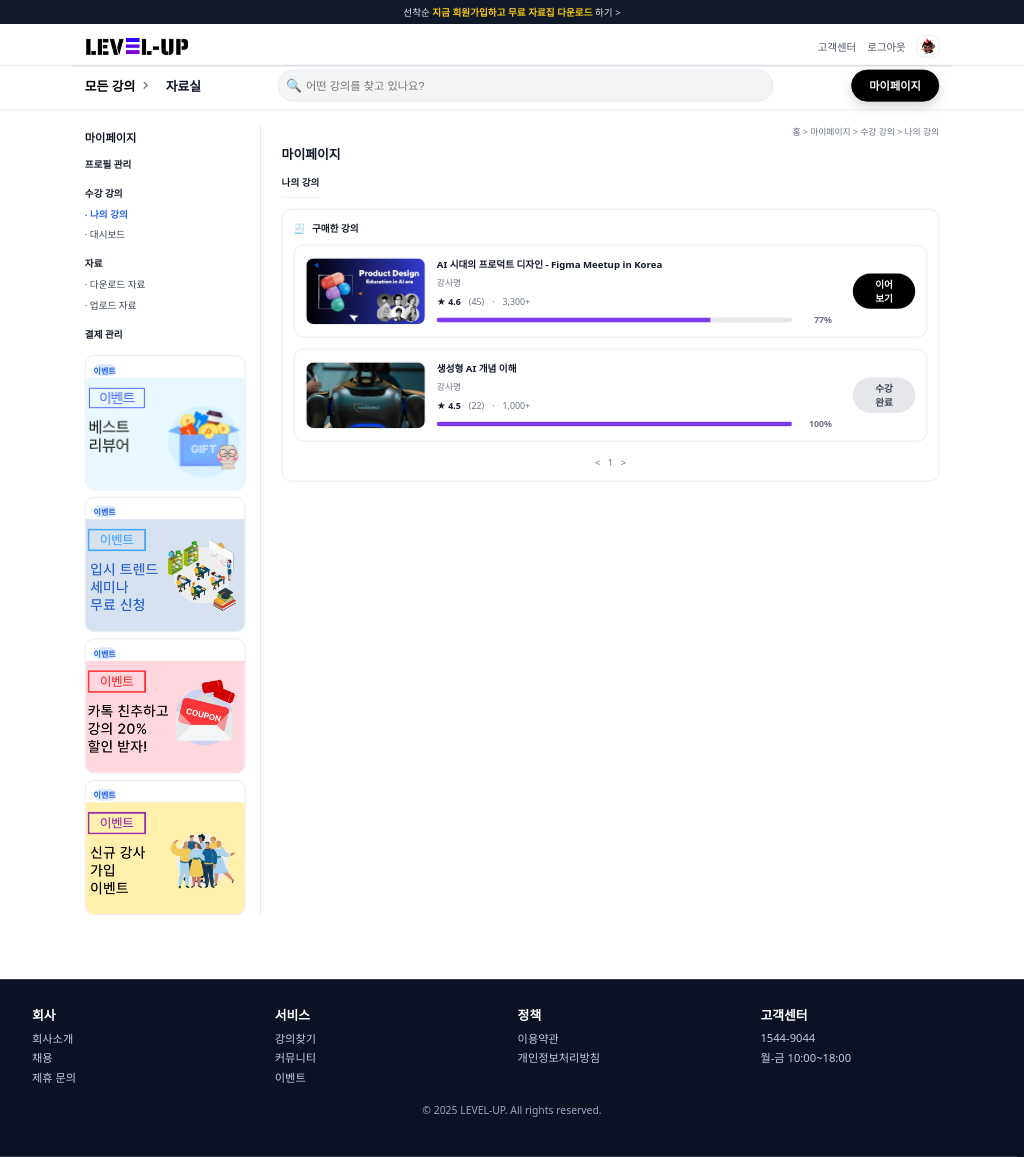
Repository: Iimchaehoon/level_up
Page: mypage.html
An editor plug-in stored every save of this project. The page is shown before and after the next save, followed by the edit.
The browser window is 1280 px wide. The pictures show the whole page, at 80% of full size.

Above is the page before, as saved 2025-12-16 23:21:23.

After the next save:
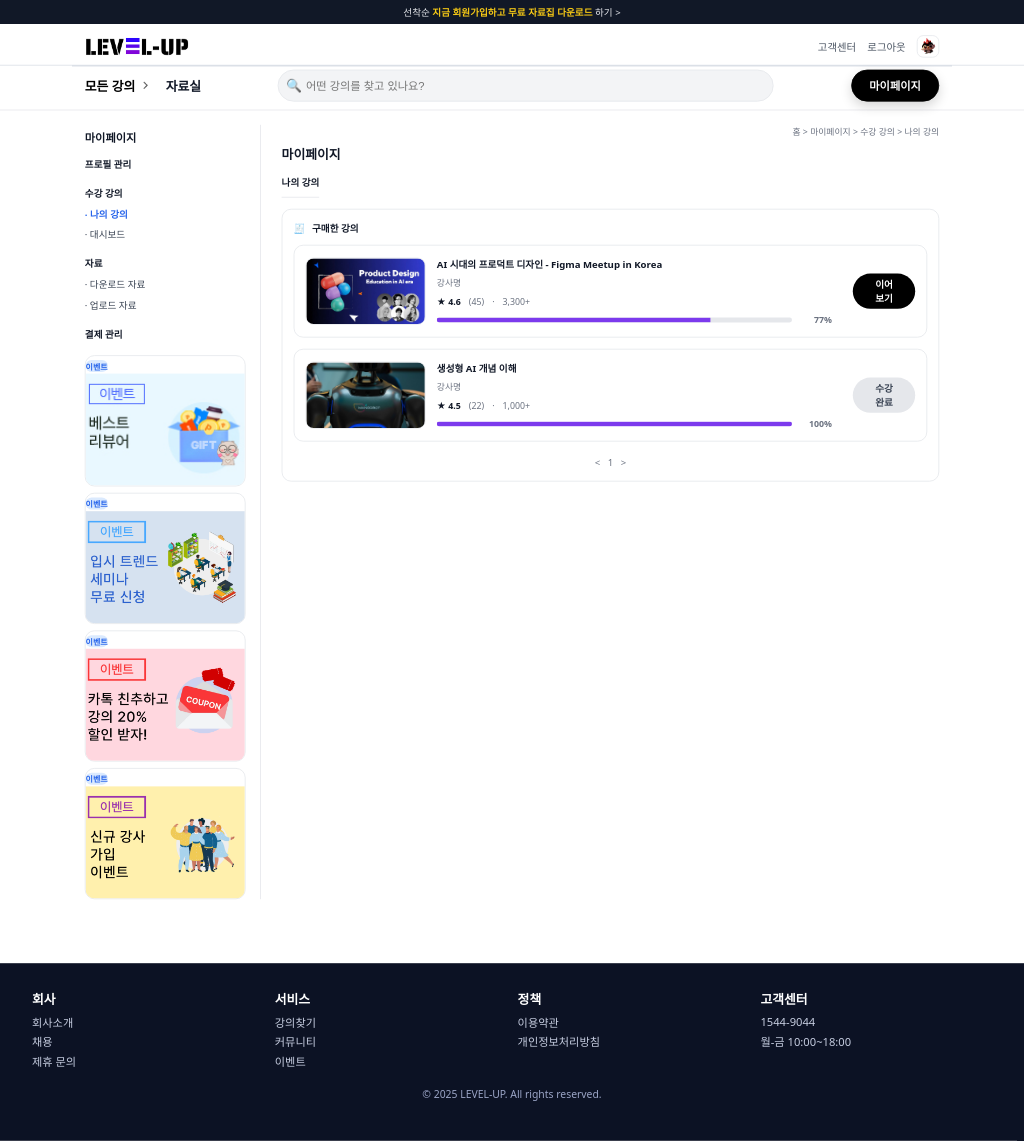
Saved 8 s later.
--- a/mypage.html
+++ b/mypage.html
@@ -184,7 +184,7 @@
       font-size:10px; font-weight:900;
       background:#dbeafe; color:var(--primary);
       border-radius:999px;
-      margin:10px 10px 0;
+
     }
     .evt img{
       width:100%;

After the save that followed:
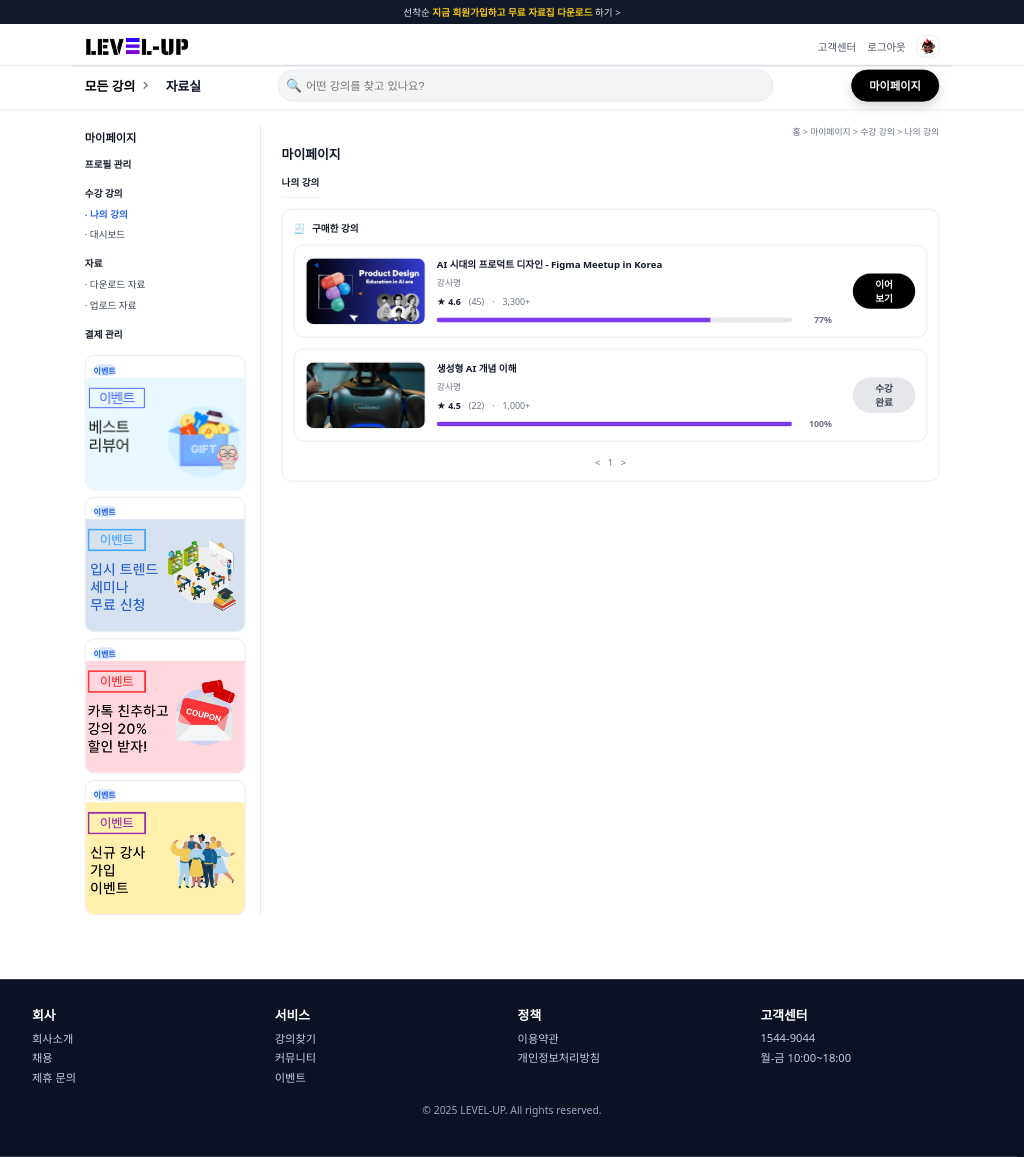
Saved 5 s later.
--- a/mypage.html
+++ b/mypage.html
@@ -184,7 +184,7 @@
       font-size:10px; font-weight:900;
       background:#dbeafe; color:var(--primary);
       border-radius:999px;
-
+      margin:10px 10px 0;
     }
     .evt img{
       width:100%;
